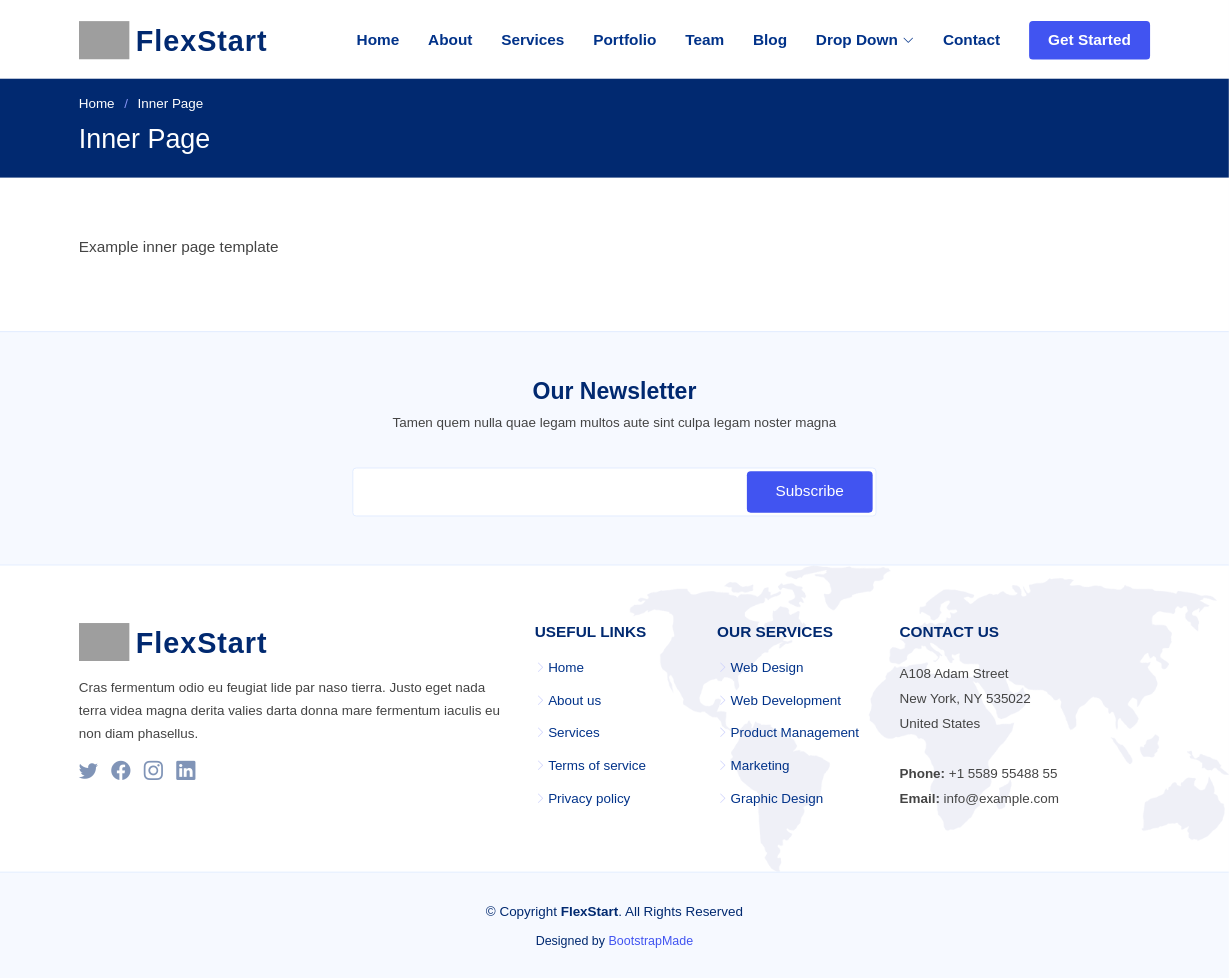
Repository: AQ-AI/AQ-AI.github.io
Page: inner-page.html
The author's editor kept a copy of each file at every save. The page is drawn from the files as they stood at one save, then again after a run of saves.
The browser window is 1280 px wide. The pictures show the whole page, at 96% of full size.
Pictures or frames that could not be fetched are drawn as grey boxes.

Above is the page before, as saved 2023-05-10 22:54:27.

After the next 6 saves:
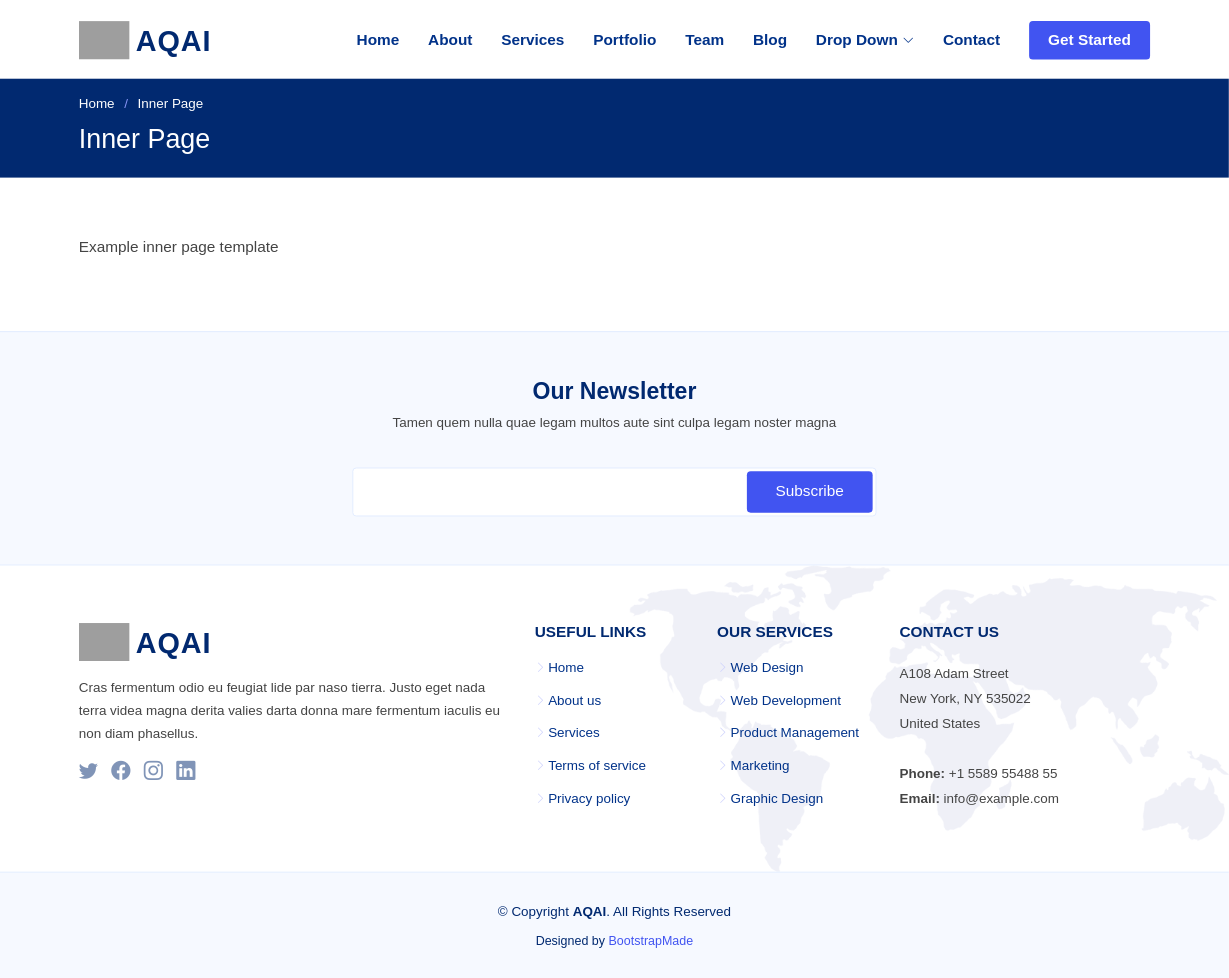
The 6 saves are shown as one change because they came seconds apart.
The last was saved 8 s later.
--- a/inner-page.html
+++ b/inner-page.html
@@ -5,7 +5,7 @@
   <meta charset="utf-8">
   <meta content="width=device-width, initial-scale=1.0" name="viewport">
 
-  <title>Inner Page - FlexStart Bootstrap Template</title>
+  <title>Inner Page - AQAI Bootstrap Template</title>
   <meta content="" name="description">
   <meta content="" name="keywords">
 
@@ -14,7 +14,9 @@
   <link href="assets/img/apple-touch-icon.png" rel="apple-touch-icon">
 
   <!-- Google Fonts -->
-  <link href="https://fonts.googleapis.com/css?family=Open+Sans:300,300i,400,400i,600,600i,700,700i|Nunito:300,300i,400,400i,600,600i,700,700i|Poppins:300,300i,400,400i,500,500i,600,600i,700,700i" rel="stylesheet">
+  <link
+    href="https://fonts.googleapis.com/css?family=Open+Sans:300,300i,400,400i,600,600i,700,700i|Nunito:300,300i,400,400i,600,600i,700,700i|Poppins:300,300i,400,400i,500,500i,600,600i,700,700i"
+    rel="stylesheet">
 
   <!-- Vendor CSS Files -->
   <link href="assets/vendor/aos/aos.css" rel="stylesheet">
@@ -28,9 +30,9 @@
   <link href="assets/css/style.css" rel="stylesheet">
 
   <!-- =======================================================
-  * Template Name: FlexStart
+  * Template Name: AQAI
   * Updated: Mar 10 2023 with Bootstrap v5.2.3
-  * Template URL: https://bootstrapmade.com/flexstart-bootstrap-startup-template/
+  * Template URL: https://bootstrapmade.com/AQAI-bootstrap-startup-template/
   * Author: BootstrapMade.com
   * License: https://bootstrapmade.com/license/
   ======================================================== -->
@@ -44,7 +46,7 @@
 
       <a href="index.html" class="logo d-flex align-items-center">
         <img src="assets/img/logo.png" alt="">
-        <span>FlexStart</span>
+        <span>AQAI</span>
       </a>
 
       <nav id="navbar" class="navbar">
@@ -131,9 +133,10 @@
           <div class="col-lg-5 col-md-12 footer-info">
             <a href="index.html" class="logo d-flex align-items-center">
               <img src="assets/img/logo.png" alt="">
-              <span>FlexStart</span>
+              <span>AQAI</span>
             </a>
-            <p>Cras fermentum odio eu feugiat lide par naso tierra. Justo eget nada terra videa magna derita valies darta donna mare fermentum iaculis eu non diam phasellus.</p>
+            <p>Cras fermentum odio eu feugiat lide par naso tierra. Justo eget nada terra videa magna derita valies
+              darta donna mare fermentum iaculis eu non diam phasellus.</p>
             <div class="social-links mt-3">
               <a href="#" class="twitter"><i class="bi bi-twitter"></i></a>
               <a href="#" class="facebook"><i class="bi bi-facebook"></i></a>
@@ -182,19 +185,20 @@
 
     <div class="container">
       <div class="copyright">
-        &copy; Copyright <strong><span>FlexStart</span></strong>. All Rights Reserved
+        &copy; Copyright <strong><span>AQAI</span></strong>. All Rights Reserved
       </div>
       <div class="credits">
         <!-- All the links in the footer should remain intact. -->
         <!-- You can delete the links only if you purchased the pro version. -->
         <!-- Licensing information: https://bootstrapmade.com/license/ -->
-        <!-- Purchase the pro version with working PHP/AJAX contact form: https://bootstrapmade.com/flexstart-bootstrap-startup-template/ -->
+        <!-- Purchase the pro version with working PHP/AJAX contact form: https://bootstrapmade.com/AQAI-bootstrap-startup-template/ -->
         Designed by <a href="https://bootstrapmade.com/">BootstrapMade</a>
       </div>
     </div>
   </footer><!-- End Footer -->
 
-  <a href="#" class="back-to-top d-flex align-items-center justify-content-center"><i class="bi bi-arrow-up-short"></i></a>
+  <a href="#" class="back-to-top d-flex align-items-center justify-content-center"><i
+      class="bi bi-arrow-up-short"></i></a>
 
   <!-- Vendor JS Files -->
   <script src="assets/vendor/purecounter/purecounter_vanilla.js"></script>
